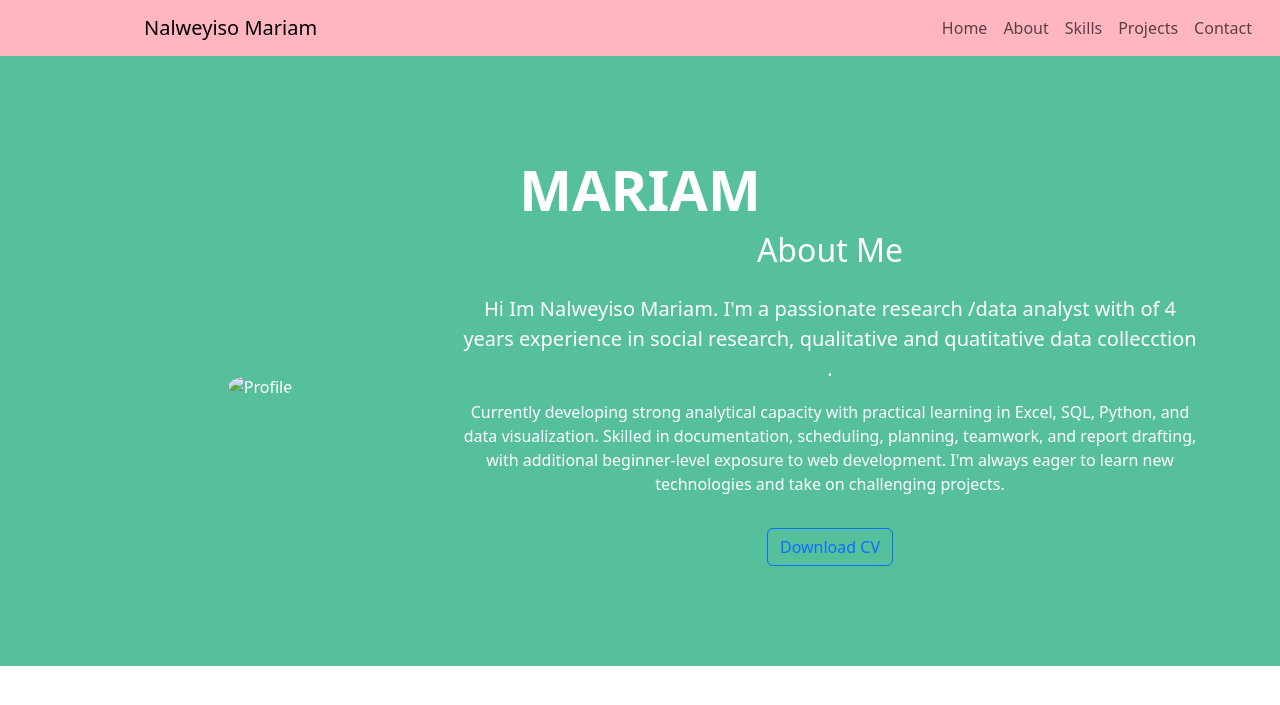
Repository: NalweMari/My-Personal-Portfolio
Page: index.html
An editor plug-in stored every save of this project. The page is shown before and after a run of saves, followed by the edit.
The browser window is 1280 px wide. The pictures show the whole page.

Above is the page before, as saved 2025-11-27 18:28:37.
Console error (its wording comes from the project's code and is left out).

### index.html
<!DOCTYPE html>
<html lang="en">

<head>
    <meta charset="UTF-8">
    <meta name="viewport" content="width=device-width, initial-scale=1.0">
    <title>My Portfolio</title>
    <link rel="stylesheet" href="style.css">
    <!-- Bootstrap CSS -->
    <link href="https://cdn.jsdelivr.net/npm/bootstrap@5.3.0/dist/css/bootstrap.min.css" rel="stylesheet">
    <!-- Font Awesome for icons -->
    <link rel="stylesheet" href="https://cdnjs.cloudflare.com/ajax/libs/font-awesome/6.4.0/css/all.min.css">

</head>

<body>
    <!-- Navigation -->

    <nav class="navbar navbar-expand-lg navbar-light bg-custom">
        <div class="container me-2">
            <a class="navbar-brand" href="#">Nalweyiso Mariam</a> <button class="navbar-toggler" type="button" data- 6
                toggle="collapse" data-target="#navbarNav" aria-controls="navbarNav" aria-expanded="false"
                aria-label="Toggle navigation"> <span class="navbar-toggler-icon"></span> </button>
            <div class="collapse navbar-collapse" id="navbarNav">
                <ul class="navbar-nav ms-auto">
                    <a class="nav-link" href="#">Home</a>
                    </li>
                    <li class="nav-item">
                        <a class="nav-link" href="#">About</a>
                    </li>
                    <li class="nav-item">
                        <a class="nav-link" href="#">Skills</a>
                    </li>
                    <li class="nav-item">
                        <a class="nav-link" href="#">Projects</a>
                    </li>
                    <li class="nav-item">
                        <a class="nav-link" href="#">Contact</a>
                    <li class="nav-item active">
                </ul>
            </div>
        </div>
    </nav>

    <!-- Hero Section -->
      <!-- <section id="home" class="hero-section text-center">
        <div class="container">
            <h1 class="display-4 fw-bold">MARIAM</h1>
            <p class="lead">Web Developer & UI/UX Designer</p>
            <a href="#projects" class="btn btn-primary btn-lg mt-3">View My Work</a>
        </div>
    </section> -->
    <section id="home" class="hero-section text-center">
        <div class="container">
             <h1 class="display-4 fw-bold">MARIAM</h1>
            <div class="row align-items-center">
                <div class="col-md-4 text-center mb-4">
                    <img src="" alt="Profile" class="img-fluid rounded-circle">
                </div>
                <div class="col-md-8">
                    <h2 class="mb-4">About Me</h2>
                    <p class="lead">Hi Im Nalweyiso Mariam. I'm a passionate research /data analyst with of 4 years
                        experience in social research, qualitative and quatitative data collecction .</p>
                    <p>Currently developing strong analytical capacity with practical learning in Excel, SQL, Python,
                        and data visualization. Skilled in documentation, scheduling, planning, teamwork, and report
                        drafting, with additional beginner-level exposure to web development. I'm always eager to learn
                        new technologies and take on challenging projects.</p>
                    <a href="#" class="btn btn-outline-primary mt-3">Download CV</a>
                </div>
            </div>
        </div>
        <script src="https://stackpath.bootstrapcdn.com/bootstrap/4.5.2/js/bootstrap.min.js"></script>
</body>

</html>

### Style.css
.bg-custom {
  background-color: lightpink;
}
.hero-section {
  background-color: rgb(86, 192, 157);
     color: white;
    margin-top: auto;
  padding: 100px 0;
}
/* .skill-bar {
  height: 20px;
  background-color: #e9ecef;
  border-radius: 5px;
  margin-bottom: 15px;
}
.skill-progress {
  height: 100%;
  border-radius: 5px;
  background-color: #0d6efd;
}
.project-card {
  transition: transform 0.3s;
}
.project-card:hover {
  transform: translateY(-5px);
} */

After the next 2 saves:
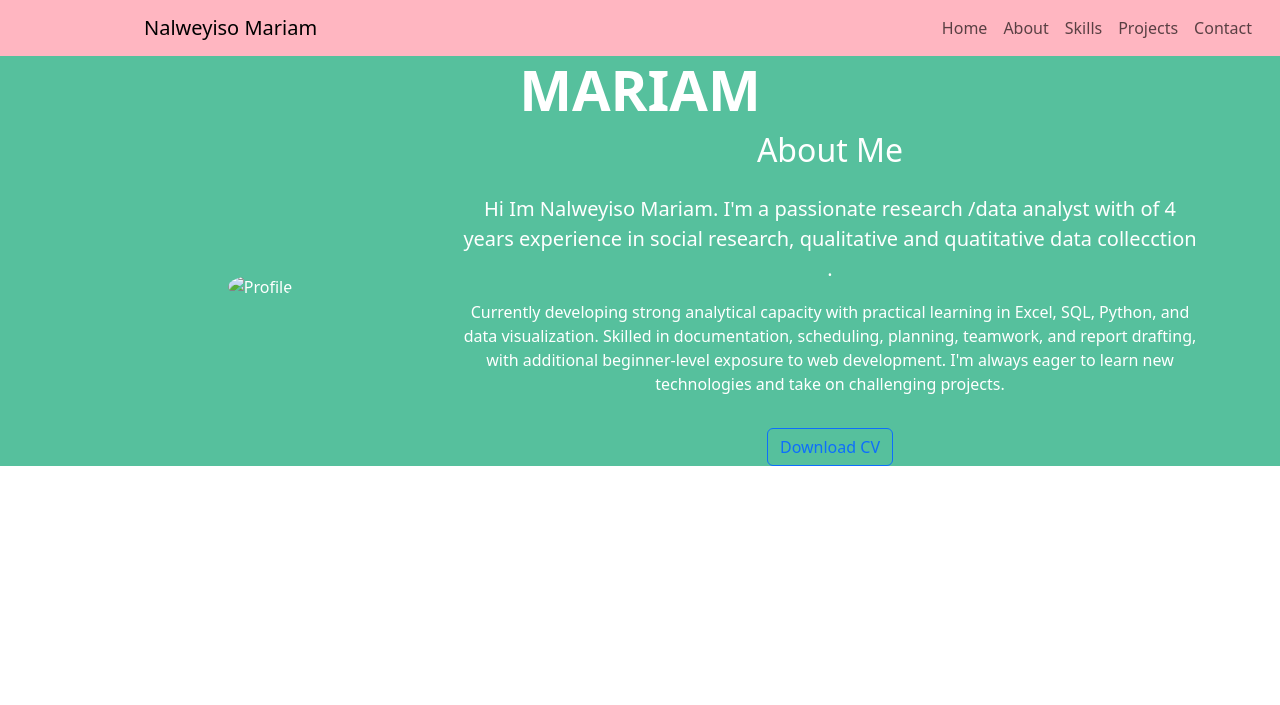
The 2 saves are shown as one change because they came seconds apart.
The last was saved 14 s later.
--- a/Style.css
+++ b/Style.css
@@ -4,7 +4,7 @@
 .hero-section {
   background-color: rgb(86, 192, 157);
      color: white;
-    margin-top: auto;
+     arrzzzzzzzzzz
   padding: 100px 0;
 }
 /* .skill-bar {

After the 3 saves that followed:
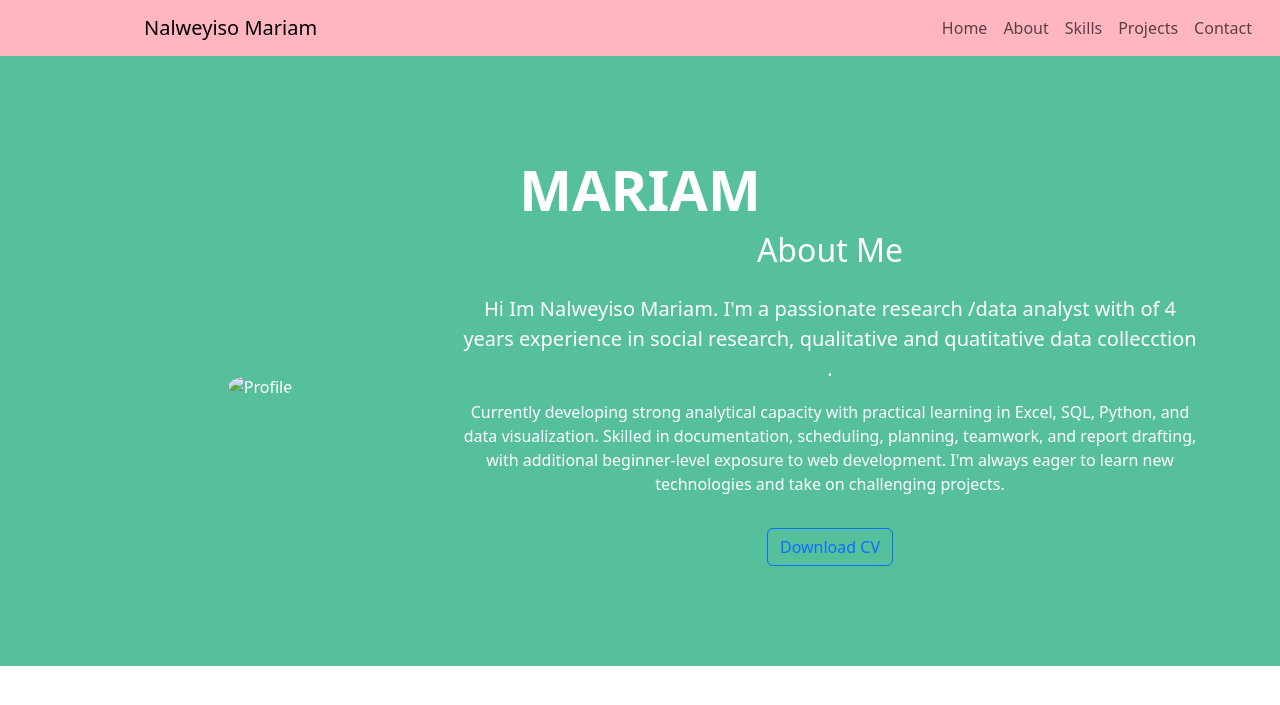
The 3 saves are shown as one change because 1 left the picture as it was and some came seconds apart.
The last was saved 10 s later.
--- a/Style.css
+++ b/Style.css
@@ -4,7 +4,6 @@
 .hero-section {
   background-color: rgb(86, 192, 157);
      color: white;
-     arrzzzzzzzzzz
   padding: 100px 0;
 }
 /* .skill-bar {
